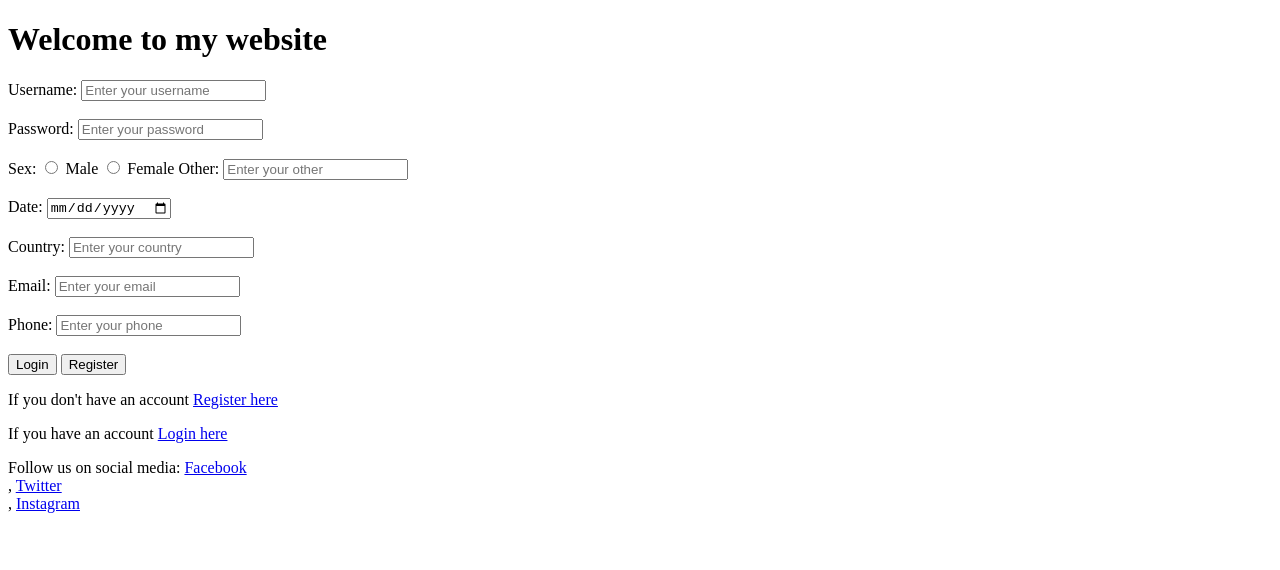
Repository: bao2222/hoc-lam-web
Page: welcome.html
An editor plug-in stored every save of this project. The page is shown before and after the next save, followed by the edit.
The browser window is 1280 px wide. The pictures show the whole page.

Above is the page before, as saved 2024-12-24 19:43:57.

### welcome.html
<!DOCTYPE html>
<html lang="en">

    <head>
        <meta charset="UTF-8">
        <title>Welcome</title>
        <meta content = "this is my website" name = "description">
        <meta author = "me">




    </head>

    <body>
        <h1>Welcome to my website</h1>
        <header>
            <div>
                <div>
                    <form action="#" method="post">
                        <label for="username">Username:</label>
                        <input type="text" id="username" name="username" placeholder="Enter your username" required><br><br>
                        <label for="password">Password:</label>
                        <input type="password" id="password" name="password" placeholder="Enter your password" required><br><br>
                        <label for="sex">Sex:</label>
                        <input type="radio" id="male" name="sex" value="male">
                        <label for="male">Male</label>
                        <input type="radio" id="female" name="sex" value="female">
                        <label for="female">Female</label>
                        <label for="other">Other:</label>
                        <input type="text" id="other" name="other" placeholder="Enter your other"><br><br>
                        <label for="date">Date:</label>
                        <input type="date" id="date" name="date"><br><br>
                        <label for="country">Country:</label>
                        <input type="text" id="country" name="country" placeholder="Enter your country" required><br><br>
                        <label for="email">Email:</label>
                        <input type="email" id="email" name="email" placeholder="Enter your email" required><br><br>
                        <label for="phone">Phone:</label>
                        <input type="tel" id="phone" name="phone" placeholder="Enter your phone" required><br><br>
                        <button type="submit">Login</button>
                        <button type="reset">Register</button>
                    </form>
                </div>

                <div>
                    <p>If you don't have an account <a href="register.html">Register here</a></p>
                </div>

                <div>
                    <p>If you have an account <a href="login.html">Login here</a></p>
                </div>

                <div>
                    <p>Follow us on social media: <a href="#">Facebook</a><br>, <a href="#">Twitter</a><br>, <a href="#">Instagram</a><br></p>
                </div>





            </div>
        </header>
        <main></main>
        <footer></footer>




    </body>





</html>

After the next save:
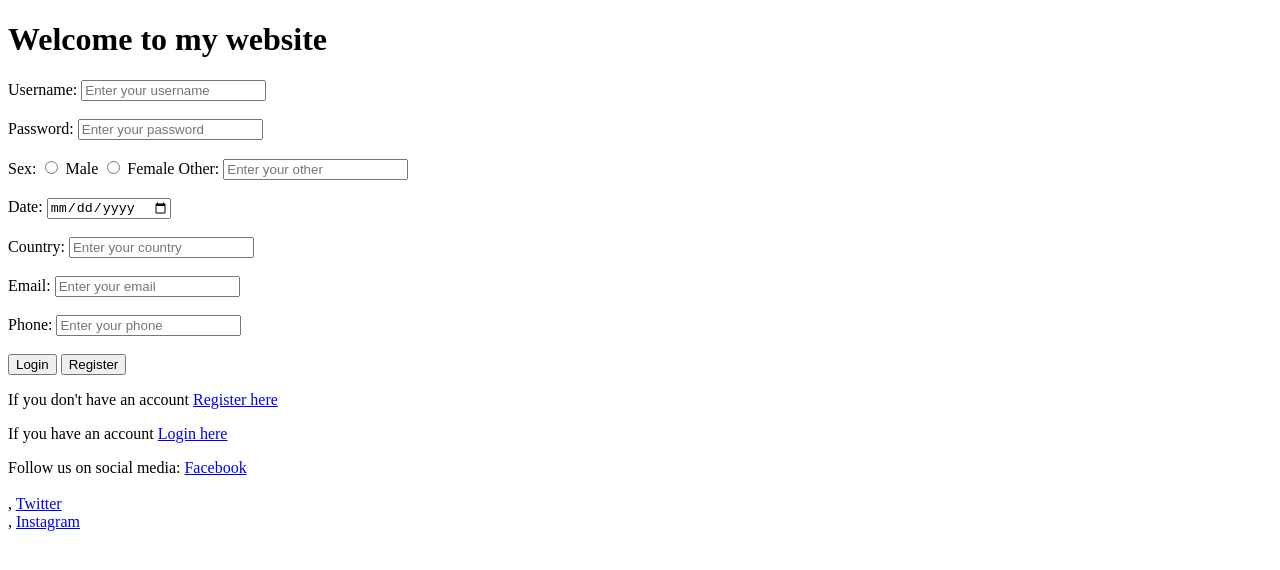
Saved 17 s later.
--- a/welcome.html
+++ b/welcome.html
@@ -51,7 +51,7 @@
                 </div>
 
                 <div>
-                    <p>Follow us on social media: <a href="#">Facebook</a><br>, <a href="#">Twitter</a><br>, <a href="#">Instagram</a><br></p>
+                    <p>Follow us on social media: <a href="#">Facebook</a><br><br>, <a href="#">Twitter</a><br>, <a href="#">Instagram</a><br></p>
                 </div>
 
 
